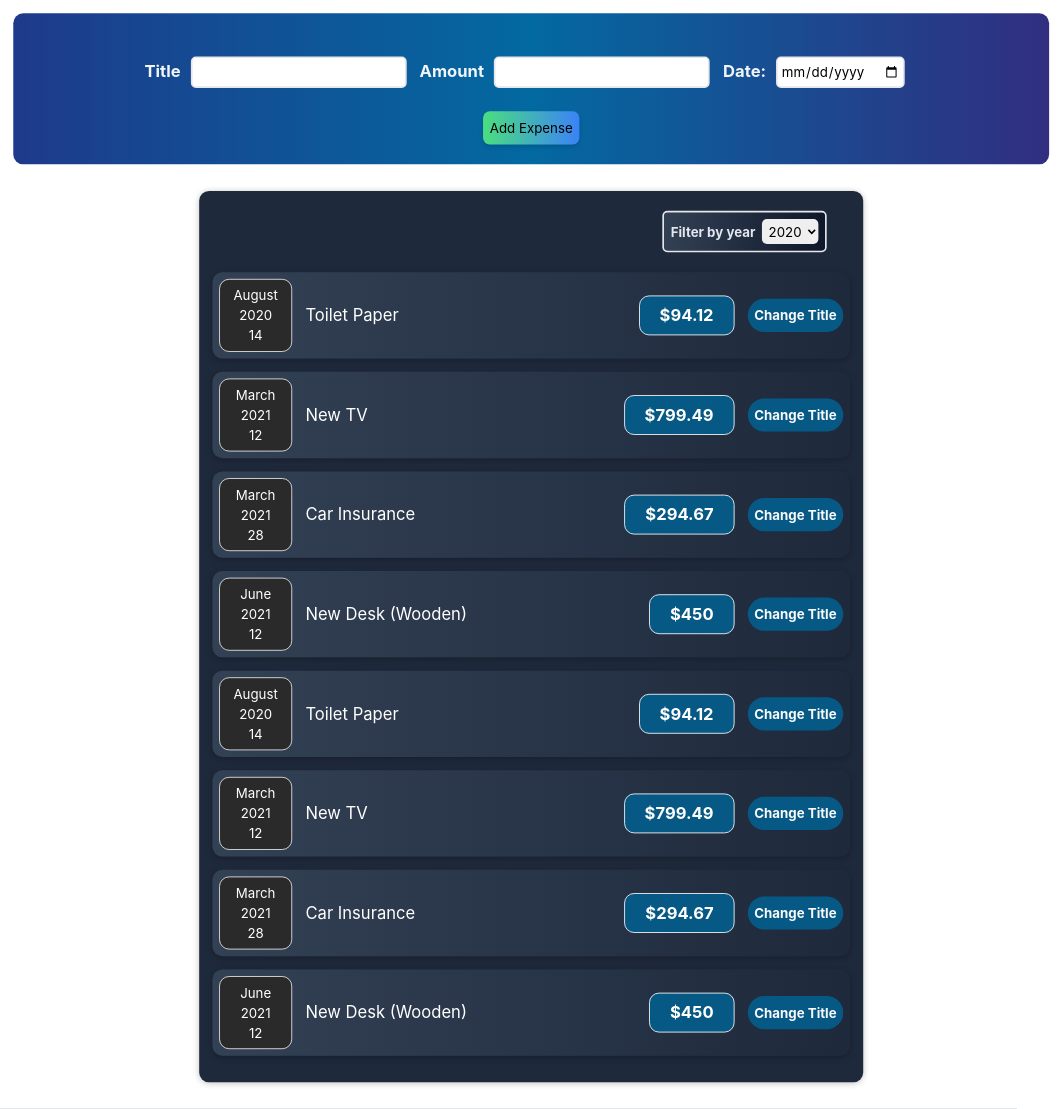
Repository: Sef24/expense-tracker
Page: /
An editor plug-in stored every save of this project. The page is shown before and after the next save, followed by the edit.
The browser window is 1280 px wide. The pictures show the whole page, at 83% of full size.
The project was rebuilt for these pictures with package versions that can differ from the ones it lists, and the page was loaded fresh each time. Also part of the build but not shown: src/components/NewExpense/NewExpense.css, src/components/NewExpense/ExpenseForm.css.

Above is the page before, as saved 2022-04-29 15:12:16.

After the next save:
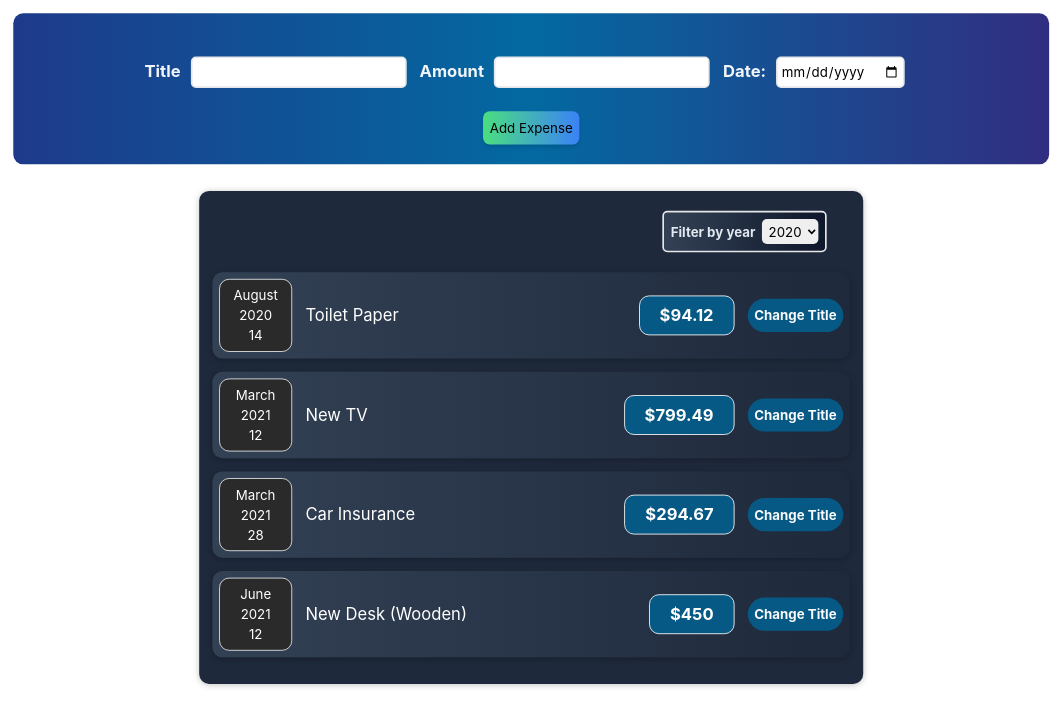
Saved 25 s later.
--- a/src/components/Expenses.js
+++ b/src/components/Expenses.js
@@ -25,28 +25,6 @@ function Expenses(props) {
             date={expense.date}
           />
         ))}
-
-        <ExpenseItem
-          title={props.items[0].title}
-          amount={props.items[0].amount}
-          date={props.items[0].date}
-        />
-
-        <ExpenseItem
-          title={props.items[1].title}
-          amount={props.items[1].amount}
-          date={props.items[1].date}
-        />
-        <ExpenseItem
-          title={props.items[2].title}
-          amount={props.items[2].amount}
-          date={props.items[2].date}
-        />
-        <ExpenseItem
-          title={props.items[3].title}
-          amount={props.items[3].amount}
-          date={props.items[3].date}
-        />
       </div>
     </div>
   );
